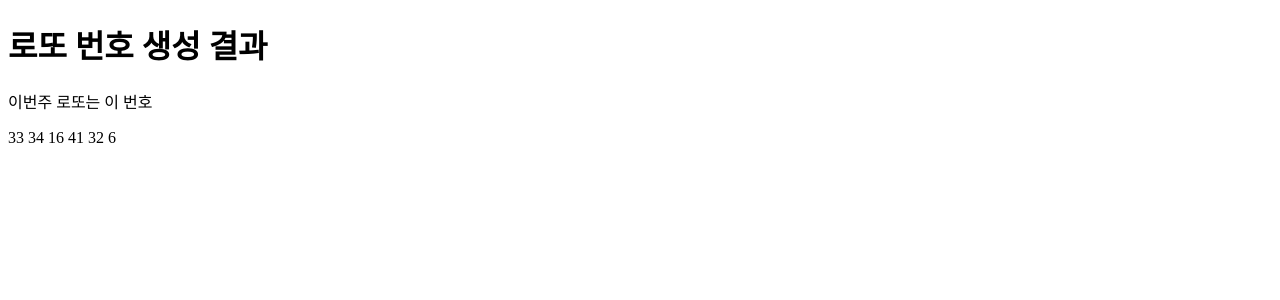
Repository: eyonghwan/jsp_practice
Page: http://localhost/JSPBasic/JspTag/TagQ03.jsp
An editor plug-in stored every save of this project. The page is shown before and after the next save, followed by the edit.
The browser window is 1280 px wide. The pictures show the whole page.
The page is served by Tomcat 9.

Above is the page before, as saved 2022-02-03 01:16:58.

### JSPBasic/src/main/webapp/JspTag/TagQ03.jsp
<%@ page language="java" contentType="text/html; charset=UTF-8"
    pageEncoding="UTF-8"%>
<!DOCTYPE html>
<html>
<head>
<meta charset="UTF-8">
<title>Insert title here</title>
</head>
<body>
	<h1>로또 번호 생성 결과</h1>
	<p>이번주 로또는 이 번호</p>
	<% int lotto[] = new int[6];
	for(int i=0; i<6; i++) {
		lotto[i] = (int)(Math.random() * 45) + 1;
		for(int j=0; j<i; j++) {
			if(lotto[i] == lotto[j]) {
				i--; break;
				}
			}
		} %>
	<% for(int i = 0; i < 6; i++) {
		out.println(lotto[i]);
		};
	%>
</body>
</html>

After the next save:
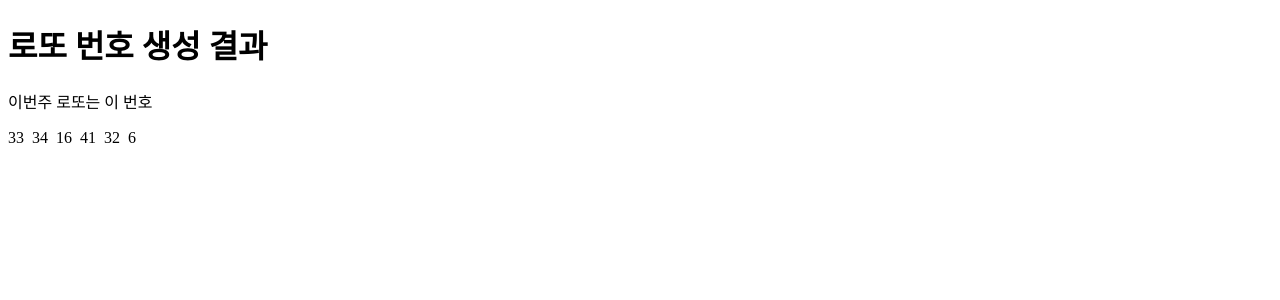
Saved 3 min 7 s later.
--- a/JSPBasic/src/main/webapp/JspTag/TagQ03.jsp
+++ b/JSPBasic/src/main/webapp/JspTag/TagQ03.jsp
@@ -10,7 +10,7 @@
 	<h1>로또 번호 생성 결과</h1>
 	<p>이번주 로또는 이 번호</p>
 	<% int lotto[] = new int[6];
-	for(int i=0; i<6; i++) {
+	for(int i=0; i < 6; i++) {
 		lotto[i] = (int)(Math.random() * 45) + 1;
 		for(int j=0; j<i; j++) {
 			if(lotto[i] == lotto[j]) {
@@ -18,9 +18,11 @@
 				}
 			}
 		} %>
-	<% for(int i = 0; i < 6; i++) {
-		out.println(lotto[i]);
-		};
+	<% for(Integer num : lotto ) {
+		out.println(num + "&nbsp");
+		Thread.sleep(700);
+		out.flush();
+		}
 	%>
 </body>
 </html>
